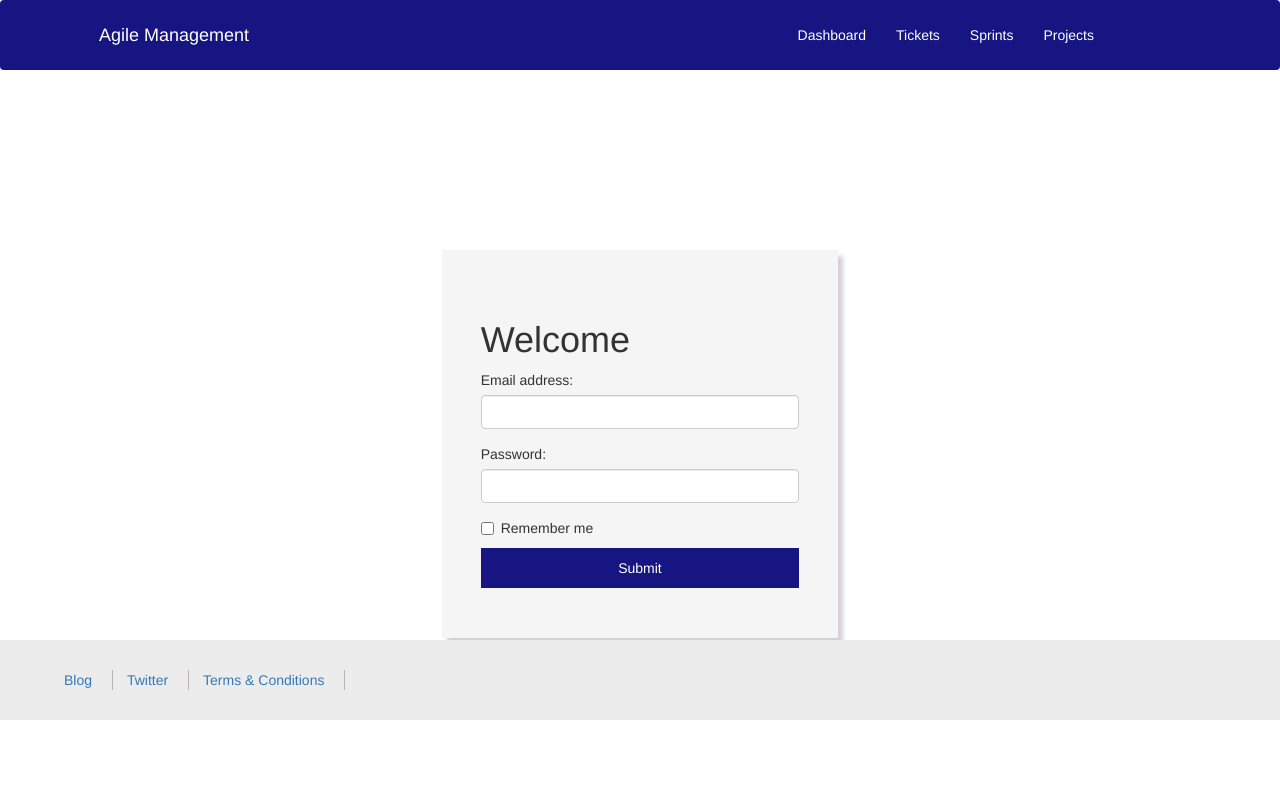
Repository: princexavier/agil
Page: http://localhost/Agile/login.jsp
The author's editor kept a copy of each file at every save. The page is drawn from the files as they stood at one save, then again after the next save.
The browser window is 1280 px wide. The pictures show the whole page.
Some web libraries are served in a nearby version. The page is served by Tomcat 9.

Above is the page before, as saved 2018-01-19 08:32:02.

After the next save:
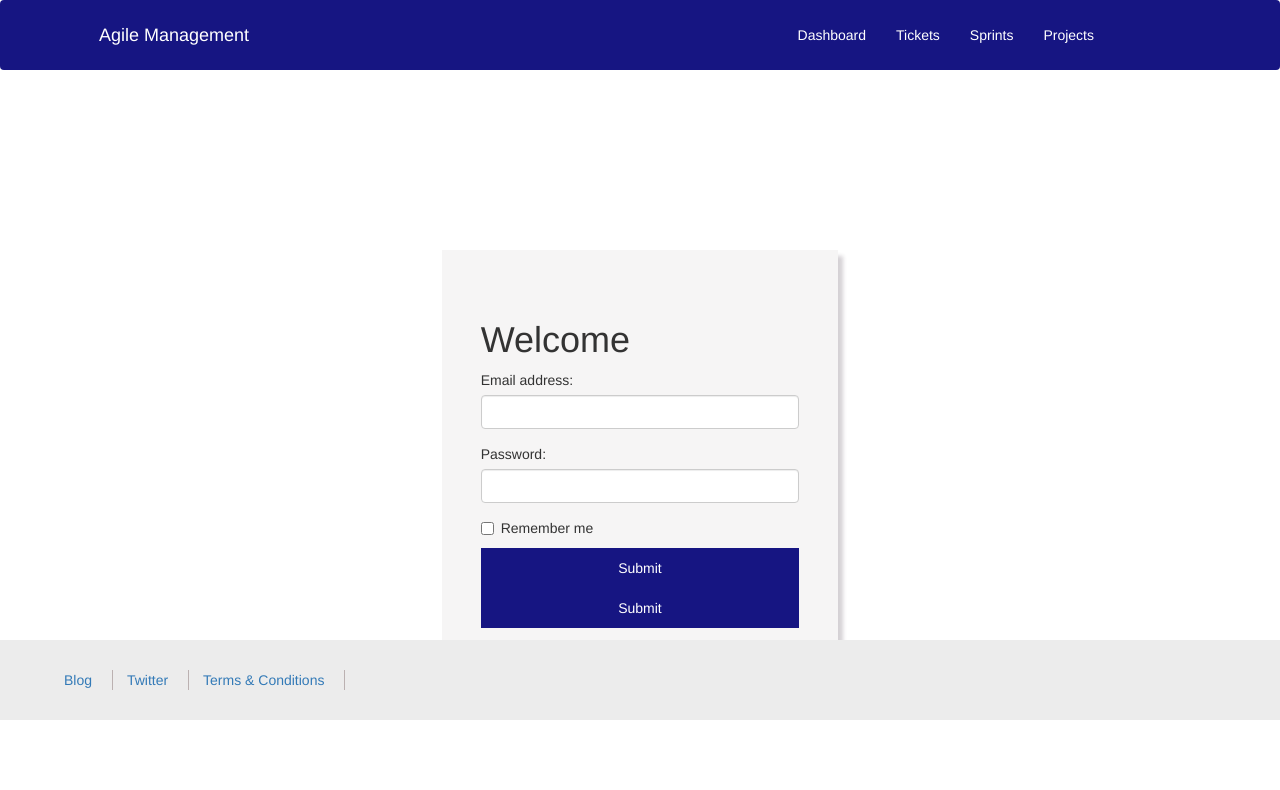
Saved 2 min 34 s later.
--- a/workspace/Agile/WebContent/login.jsp
+++ b/workspace/Agile/WebContent/login.jsp
@@ -57,6 +57,8 @@
 					</div>
 					<input type="submit"
 						style="padding: 10px 0px; border: none; width: 100%; background: #161582; color: #fff;">
+						<input type="submit"
+						style="padding: 10px 0px; border: none; width: 100%; background: #161582; color: #fff;">
 				</form>
 			</div>
 			<div class="col-md-4"></div>

After the save that followed:
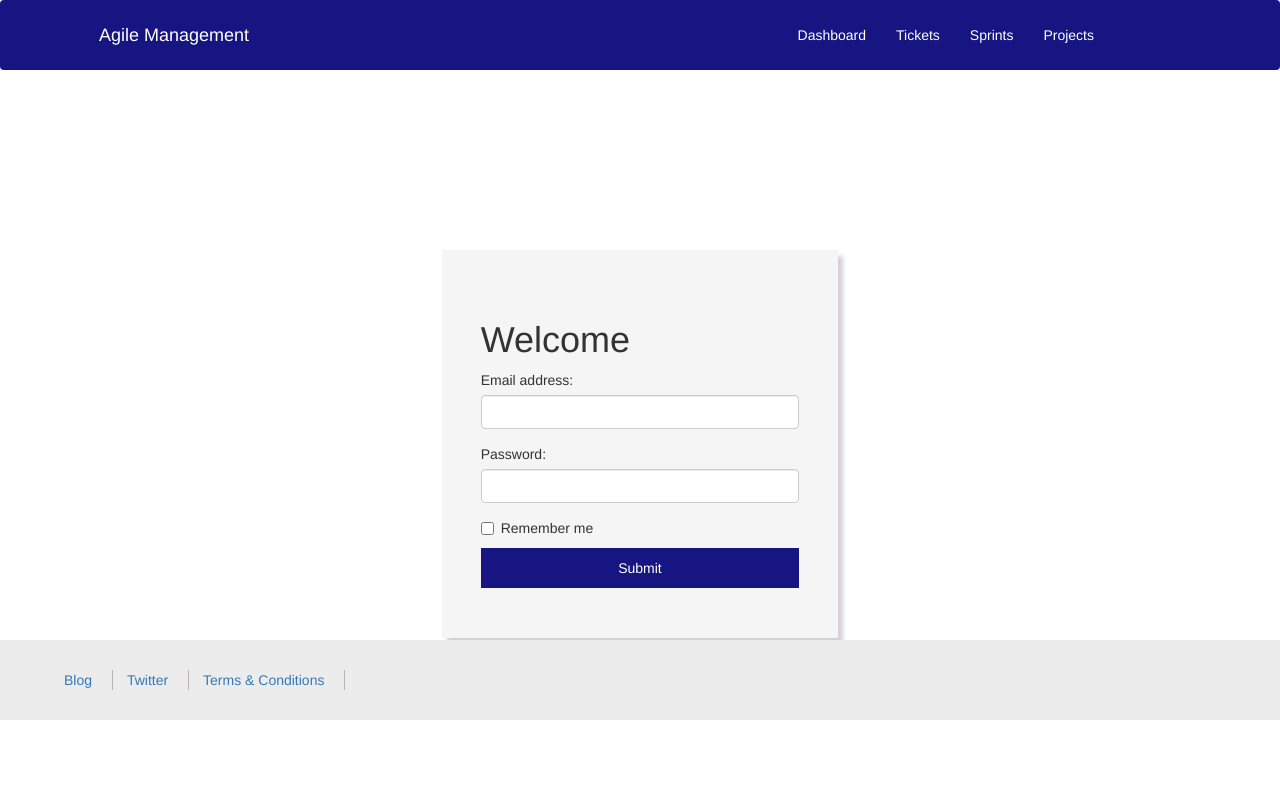
Saved 4 s later.
--- a/workspace/Agile/WebContent/login.jsp
+++ b/workspace/Agile/WebContent/login.jsp
@@ -57,8 +57,7 @@
 					</div>
 					<input type="submit"
 						style="padding: 10px 0px; border: none; width: 100%; background: #161582; color: #fff;">
-						<input type="submit"
-						style="padding: 10px 0px; border: none; width: 100%; background: #161582; color: #fff;">
+
 				</form>
 			</div>
 			<div class="col-md-4"></div>
